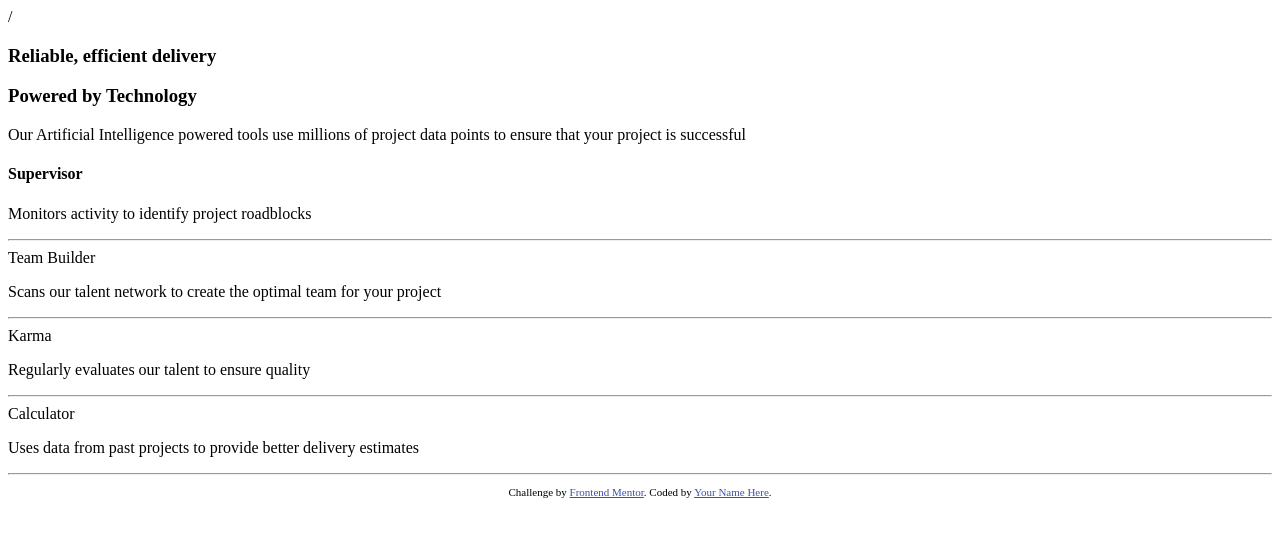
Repository: AngelaMwelu/four-card-page
Page: index.html
The author's editor kept a copy of each file at every save. The page is drawn from the files as they stood at one save, then again after the next save.
The browser window is 1280 px wide. The pictures show the whole page.

Above is the page before, as saved 2025-05-14 13:38:05.

After the next save:
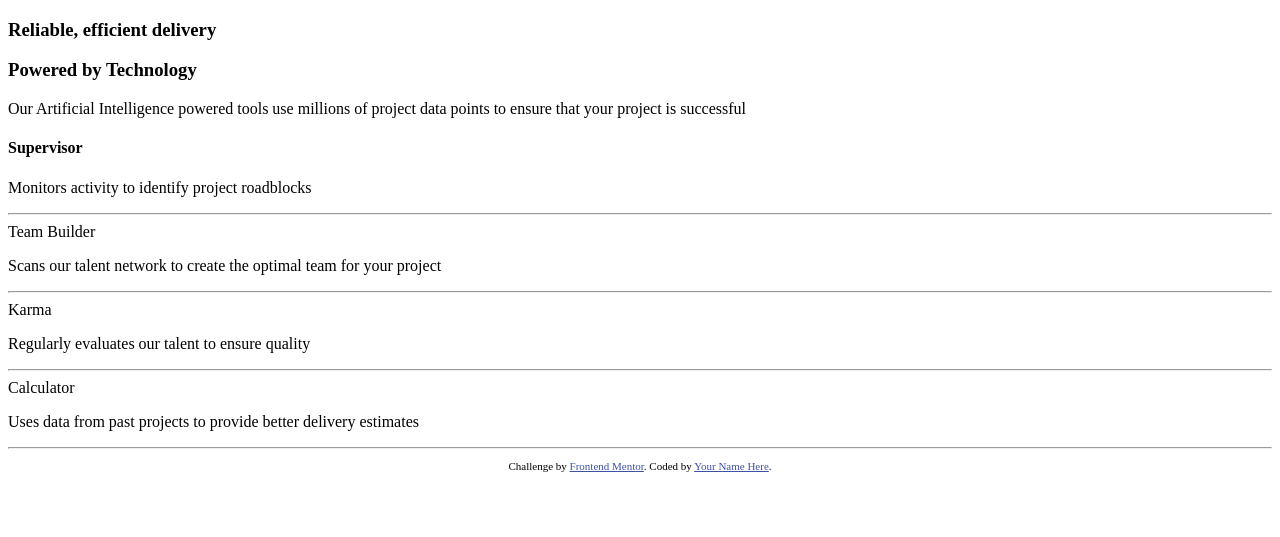
Saved 6 s later.
--- a/index.html
+++ b/index.html
@@ -9,7 +9,7 @@
 
   <title>Frontend Mentor | Four card feature section</title>
   <!-- Feel free to remove these styles or customise in your own stylesheet 👍 -->
-      /
+
   <style>
     .attribution { font-size: 11px; text-align: center; }
     .attribution a { color: hsl(228, 45%, 44%); }
